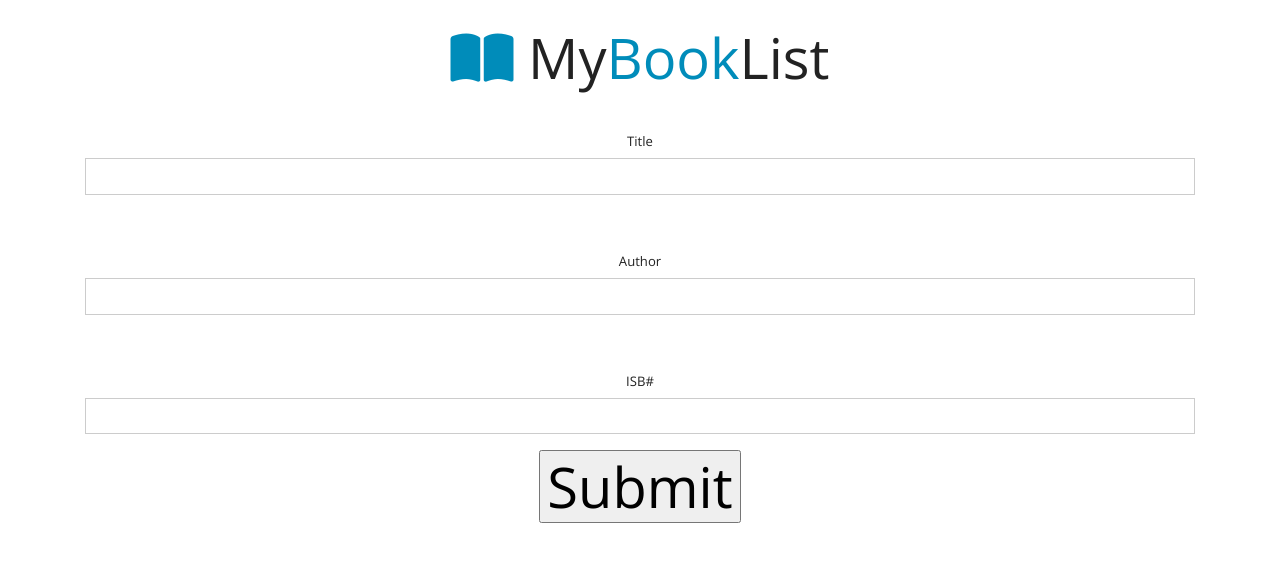
Repository: muhyilmaz/jsMyBookListPrj
Page: index.html
An editor plug-in stored every save of this project. The page is shown before and after the next save, followed by the edit.
The browser window is 1280 px wide. The pictures show the whole page.
Some web libraries are served in a nearby version.

Above is the page before, as saved 2020-06-21 16:17:37.

After the next save:
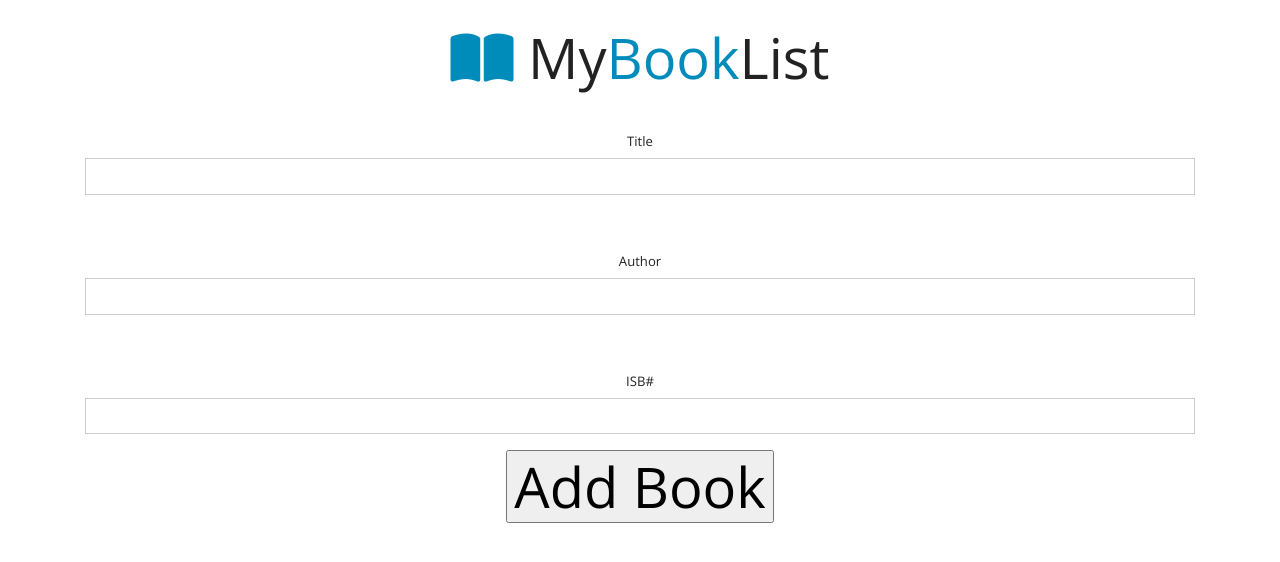
Saved 11 s later.
--- a/index.html
+++ b/index.html
@@ -32,7 +32,7 @@
                     <input type="text" name="" id="isbn" class="form-control">
                 </div>
 
-                <input type="submit" name="" id="">
+                <input type="submit" value="Add Book" id="">
             </form>
         </h1>
 
